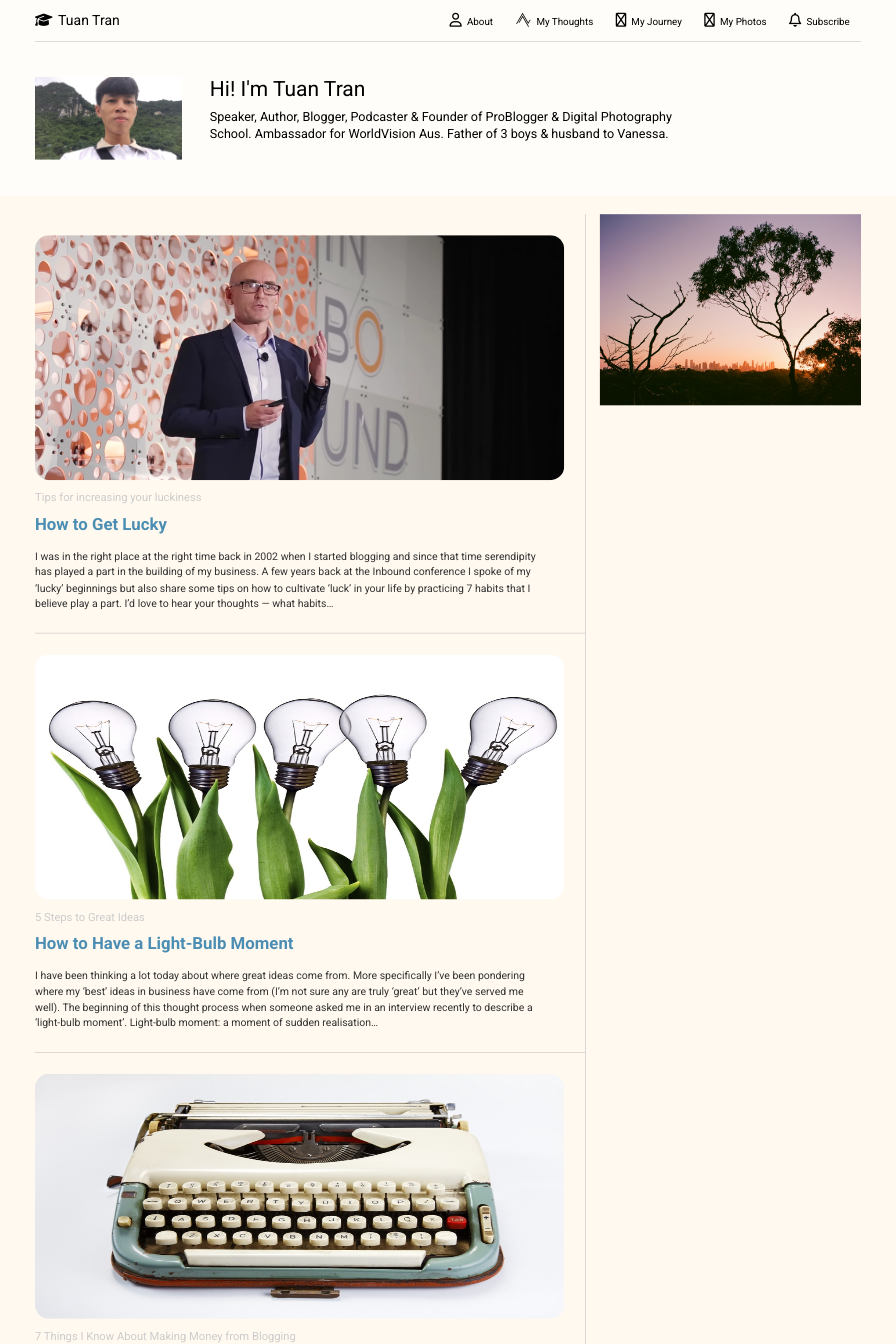
Repository: TranDinhTuann/Blog-Demo
Page: index.html
The author's editor kept a copy of each file at every save. The page is drawn from the files as they stood at one save, then again after the next save.
The browser window is 1280 px wide. The pictures show the part of the page from y = 0 to 1920 px (the page is 2860 px tall), at 70% of full size.

Above is the page before, as saved 2023-03-22 21:08:35.

After the next save:
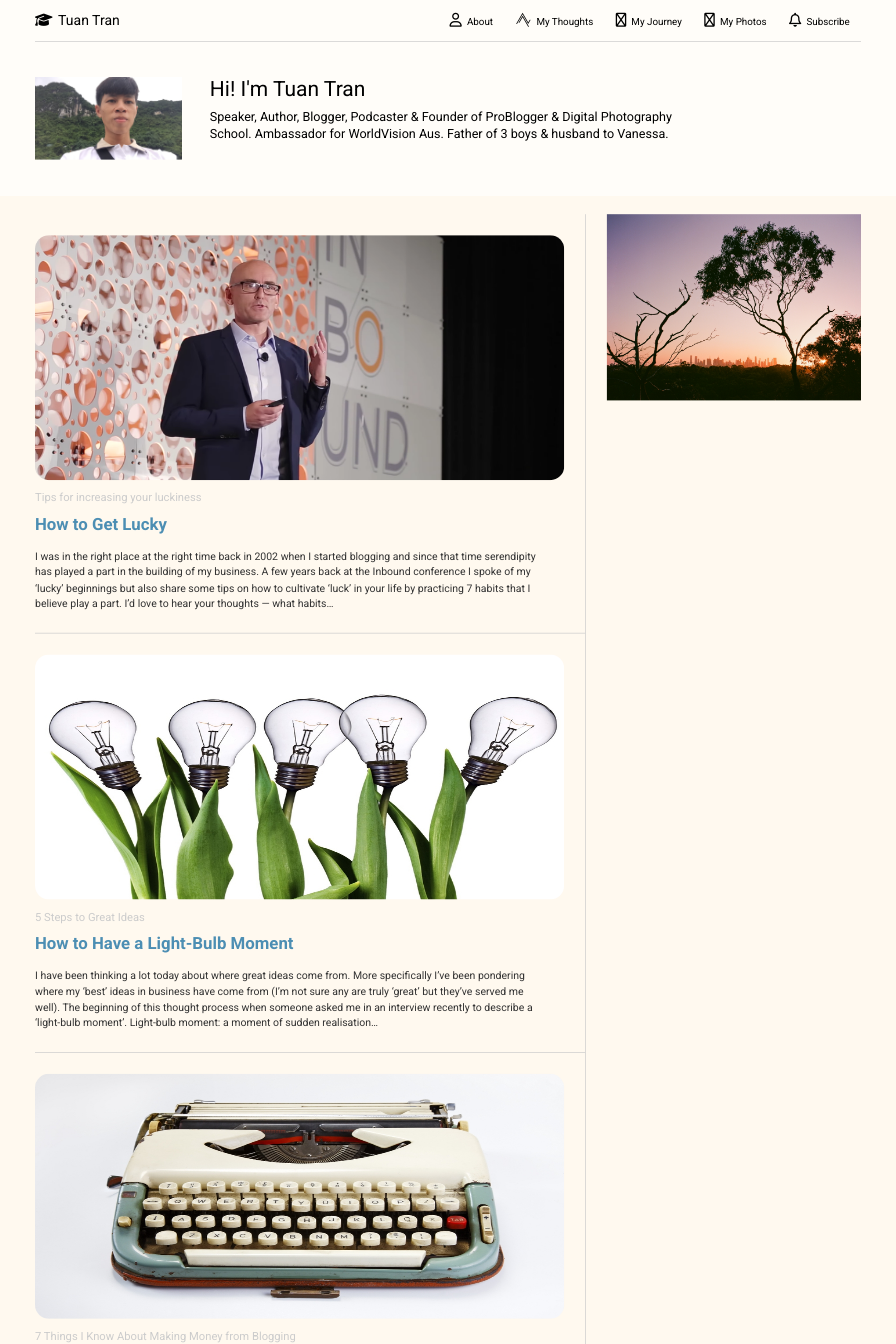
Saved 10 s later.
--- a/assets/css/main.css
+++ b/assets/css/main.css
@@ -162,7 +162,7 @@
 
 /* sitebar */
 .row{
-    margin-left: 20px;
+    margin-left: 30px;
 }
 /* footer */
 .footer{
